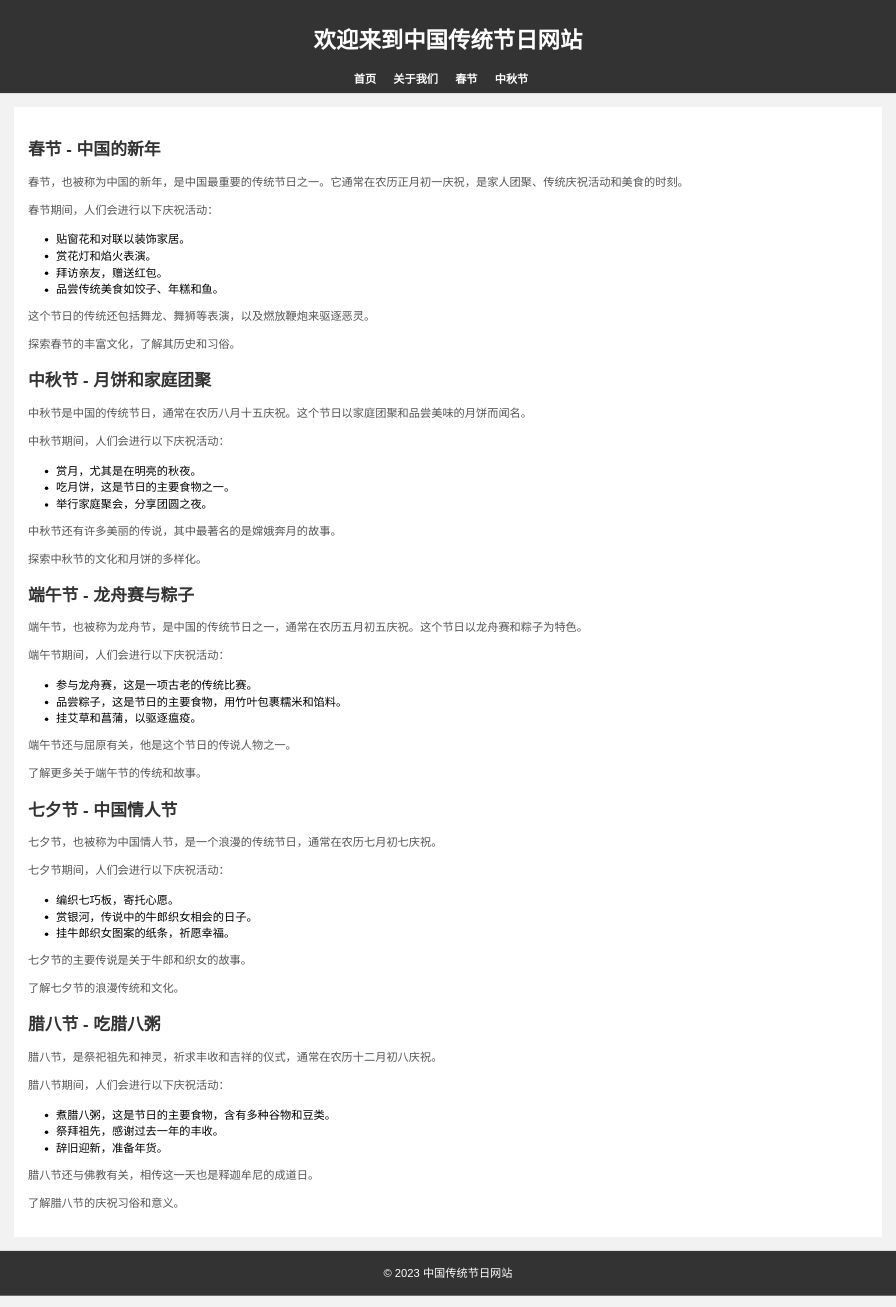
Repository: XueJie1/computer-operation-basics
Page: index.html
An editor plug-in stored every save of this project. The page is shown before and after the next save, followed by the edit.
The browser window is 1280 px wide. The pictures show the whole page, at 70% of full size.

Above is the page before, as saved 2023-08-30 21:04:29.

After the next save:
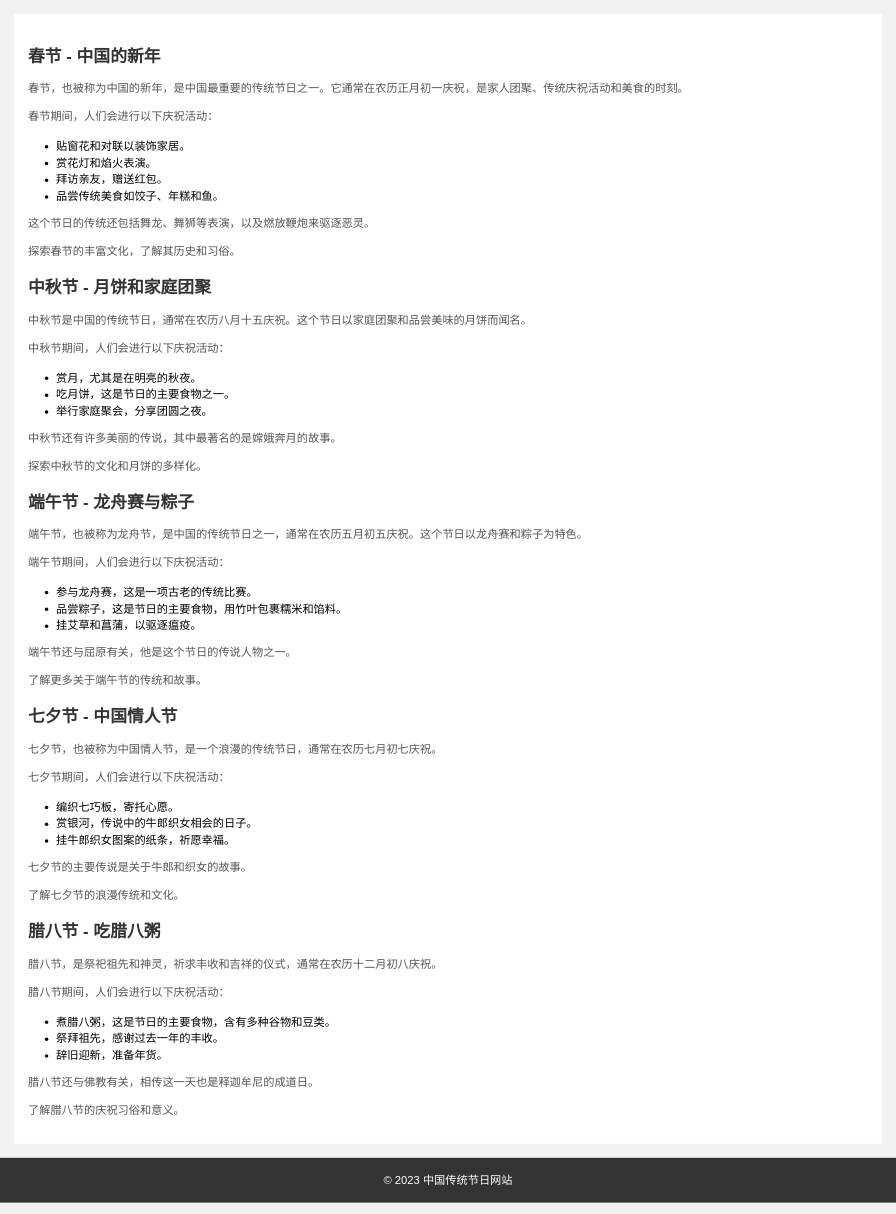
Saved 1 s later.
--- a/index.html
+++ b/index.html
@@ -10,17 +10,7 @@
 </head>
 
 <body>
-    <header>
-        <h1>欢迎来到中国传统节日网站</h1>
-        <nav>
-            <ul>
-                <li><a href="index.html">首页</a></li>
-                <li><a href="about.html">关于我们</a></li>
-                <li><a href="./pages/springfestival/springfestival.html">春节</a></li>
-                <li><a href="./pages/midautumn/midautumnfestival.html">中秋节</a></li>
-            </ul>
-        </nav>
-    </header>
+
     <main>
         <section id="spring-festival">
             <h2>春节 - 中国的新年</h2>

After the save that followed:
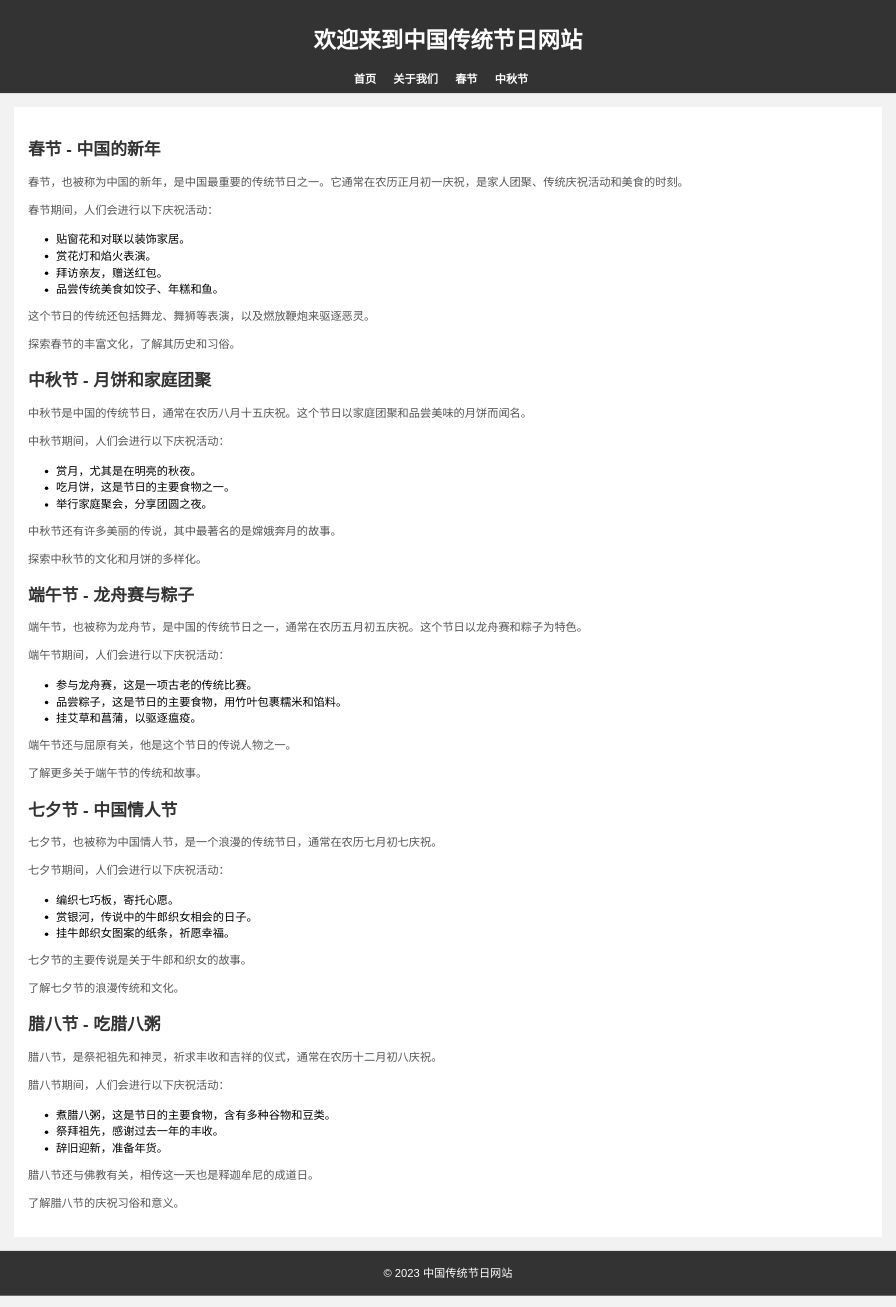
Saved 16 s later.
--- a/index.html
+++ b/index.html
@@ -10,7 +10,17 @@
 </head>
 
 <body>
-
+    <header>
+        <h1>欢迎来到中国传统节日网站</h1>
+        <nav>
+            <ul>
+                <li><a href="index.html">首页</a></li>
+                <li><a href="about.html">关于我们</a></li>
+                <li><a href="./pages/springfestival/springfestival.html">春节</a></li>
+                <li><a href="./pages/midautumn/midautumnfestival.html">中秋节</a></li>
+            </ul>
+        </nav>
+    </header>
     <main>
         <section id="spring-festival">
             <h2>春节 - 中国的新年</h2>
